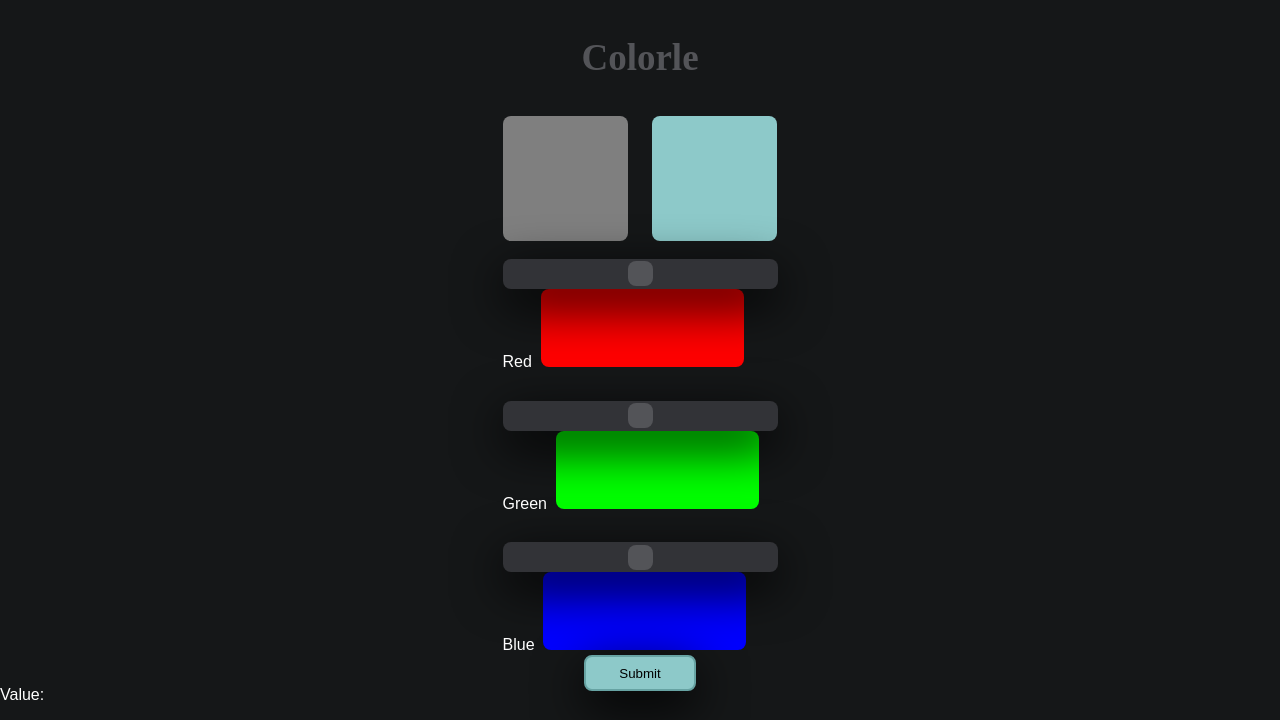
Repository: Artem-Melnik/Colorle
Page: index.html
These files come from the project's save history. The page is drawn as it stood at one moment and after the next save; the edit follows.
The browser window is 1280 px wide. The pictures show the whole page.

Above is the page before, as saved 2022-05-14 17:08:21.

### index.html
<!-- TODO: Change text/icon color -->
<!-- TODO: Represent guess correctness using Linear-style icons -->
<!-- TODO: Replace Colorle text logo with SVG/image due to font problems -->
<!-- TODO: Add textboxes where player can enter exact RGB values -->
<!DOCTYPE html>
<html>
  <head>
    <title>Parcel Sandbox</title>
    <link rel="stylesheet" href="styles.css">
    <meta charset="UTF-8" />
    <meta name="viewport" content="width=device-width" />
  </head>

  <script
    src="https://ajax.googleapis.com/ajax/libs/jquery/3.6.0/jquery.min.js"
    type="text/javascript"
  ></script>
  <script
    src="https://ajax.googleapis.com/ajax/libs/jqueryui/1.13.1/jquery-ui.min.js"
    type="text/javascript"
  ></script>
  <script src="https://unpkg.com/feather-icons"></script>
  <script>
      feather.replace();
    </script>
  <script type="module" src="index.js" type="text/javascript"></script>

  <body>
    <div id="app"></div>
    <div class="topBar">
      <p id="title">Colorle</p>
      <p>
        <button type="button" id="themeToggle">
          <i id="themeIcon" data-feather="sun"></i>
        </button>
      </p>
    </div>

    <div id="topColors">
      <div id="previewAll"></div>
      <div id="correctColor"></div>
    </div>
    <div id="redContainer">
      <input
        type="range"
        min="0"
        max="255"
        value="128"
        class="slider"
        id="sliderRed"
      />
      <p class="currentColor" id="currentRed">Red</p>
      <p class="rating" id="ratingRed"></p>
      <div id="previewRed"></div>
    </div>
    <div id="greenContainer">
      <input
        type="range"
        min="0"
        max="255"
        value="128"
        class="slider"
        id="sliderGreen"
      />
      <p class="currentColor" id="currentGreen">Green</p>
      <p class="rating" id="ratingGreen"></p>
      <div id="previewGreen"></div>
    </div>
    <div id="blueContainer">
      <input
        type="range"
        min="0"
        max="255"
        value="128"
        class="slider"
        id="sliderBlue"
      />
      <p class="currentColor" id="currentBlue">Blue</p>
      <p class="rating" id="ratingBlue"></p>
      <div id="previewBlue"></div>
    </div>
    <div class="guessText">
      <p>Value: <span id="guessColor"></span></p>
    </div>
    <div class="buttonContainer">
      <button type="button" id="submitButton">Submit</button>
    </div>
  </body>
</html>

### styles.css
body {
  font-family: sans-serif;
  margin: 0;
  background: #151718;
  color: #ffffff;
}

.lightTheme {
  background: #ffffff;
  color: #151718;
}

/* Changes the correctColor gradient to dark/black */
/* .correctColorDark {
  background-image: linear-gradient(
    to bottom,
    rgba(0, 0, 0, 0),
    rgba(0, 0, 0, 1) 100%
  ) !important;
} */

#themeToggle {
  width: 25px;
  height: 25px;
  position: absolute;
  right: 15px;
  top: 15px;
  color: grey;
  background: none;
  border: none;
}

#themeIcon {
  color: grey;
  width: 25px;
  height: 25px;
  transform: scale(1);
  transition: all 0.5s;
}

#themeIcon.animate {
  color: grey;
  transform: scale(0);
}

.transform-active {
  /* background-color: blue;
  animation-name: darkToLight;
  animation-duration: 1s; */
  color: #151718;
}

.transform {
  -webkit-transition: all 2s ease;
  -moz-transition: all 2s ease;
  -o-transition: all 2s ease;
  -ms-transition: all 2s ease;
  transition: all 2s ease;
}

/* @keyframes darkTolight {
  0% {
    color: #ffffff;
  }
  100% {
    color: #151718;
  }
} */

#title {
  justify-content: center;
  font-family: "Asap";
  font-style: normal;
  font-weight: 700;
  font-size: 37px;
  line-height: 42px;
  display: flex;
  align-items: center;
  text-align: center;
  color: #535458;
}

/* #previewId {
  width: 100px;
  height: 100px;
  background-color: var(color);
  border: solid black;
} */

/* correctColor gradient */
/* #correctColor {
  position: absolute;
  top: 0px;
  width: 100%;
  height: 25%;
  background-color: var(color);
  margin: auto;
  background-image: linear-gradient(
    to bottom,
    rgba(255, 255, 255, 0),
    rgba(255, 255, 255, 1) 100%
  );
  z-index: -1;
} */

#topColors {
  width: 275px;
  margin: auto;
}

#correctColor {
  display: inline-block;
  position: relative;
  width: 125px;
  height: 125px;
  border-radius: 8px;
  margin-left: 10px;
}

#previewAll {
  background-color: rgb(127, 127, 127);
  display: inline-block;
  position: relative;
  width: 125px;
  height: 125px;
  border-radius: 8px;
  order: 1;
  margin-right: 10px;
}

#redContainer,
#greenContainer,
#blueContainer {
  display: auto;
  justify-content: center;
  margin: auto;
  width: 275px;
}

#sliderRed,
#sliderGreen,
#sliderBlue {
  display: block;
  -webkit-appearance: none;
  -moz-appearance: none;
  appearance: none;
  background: #323337;
  width: 275px;
  height: 30px;
  top: 100px;
  border-radius: 8px;
  margin: auto;
  margin-top: 5%;
  filter: drop-shadow(0px 15px 25px #000000);
}

#sliderRed::-webkit-slider-thumb,
#sliderGreen::-webkit-slider-thumb,
#sliderBlue::-webkit-slider-thumb {
  -webkit-appearance: none;
  appearance: none;
  width: 25px;
  height: 25px;
  background: #535458;
  cursor: pointer;
  border-radius: 8px;
}

#currentRed,
#currentGreen,
#currentBlue,
#ratingRed,
#ratingGreen,
#ratingBlue {
  display: inline-block;
  position: relative;
}

#previewRed,
#previewGreen,
#previewBlue {
  display: inline-block;
  position: relative;
  width: 203px;
  height: 78px;
  /* background-color: var(color); */
  /* border: solid black; */
  border-radius: 8px;
  margin: auto;
  z-index: -1;
}

#previewRed {
  background-color: rgb(255, 0, 0);
}

#previewGreen {
  background-color: rgb(0, 255, 0);
}

#previewBlue {
  background-color: rgb(0, 0, 255);
}

.buttonContainer {
  display: flex;
  justify-content: center;
}

#submitButton {
  position: fixed;
  width: 112px;
  height: 36px;
  bottom: 4%;
  border: 2px solid;
  border-radius: 8px;
  filter: drop-shadow(0px 15px 25px #000000);
}

### index.js
// document.getElementById("sliderRange").innerHTML = `
// <div class="slidercontainer"></div>
// `;
// var root = document.querySelector(":root");
// var slider = document.getElementById("sliderRange");
// // Change "demo" to something else?
// var sliderRange = document.getElementById("demo");
// sliderRange.innerHTML = slider.value;
let correctRed = 141;
let correctGreen = 201;
let correctBlue = 201;

let red;
let green;
let blue;
// TODO: Split correctRGB into 3 seperate colors
let correctRgb =
  "rgb(" + correctRed + ", " + correctGreen + ", " + correctBlue + ")";

function changeColor() {
  red = document.getElementById("sliderRed").value;
  green = document.getElementById("sliderGreen").value;
  blue = document.getElementById("sliderBlue").value;

  document.getElementById("previewRed").style.backgroundColor =
    "rgb(" + red + ", 0, 0)";
  document.getElementById("previewGreen").style.backgroundColor =
    "rgb(0," + green + ", 0)";
  document.getElementById("previewBlue").style.backgroundColor =
    "rgb(0, 0," + blue + ")";

  document.getElementById("currentRed").textContent = red;
  document.getElementById("currentGreen").textContent = green;
  document.getElementById("currentBlue").textContent = blue;
}

// Shows guess color when submit button is clicked
// Also checks how close the guess is to the correct color
function onSubmit() {
  document.getElementById("previewAll").style.backgroundColor =
    "rgb(" + red + ", " + green + ", " + blue + ")";
  document.getElementById("guessColor").textContent =
    "rgb(" + red + ", " + green + ", " + blue + ")";

  // TODO: Optimize code for red, green, and blue checks
  // Check if red guess is correct
if (red == correctRed) {
  document.getElementById('ratingRed').innerText = "SS";
} else if ((red > correctRed - 6) && (red < correctRed + 6)) {
  document.getElementById('ratingRed').innerText = "S";
} else if ((red > correctRed - 12) && (red < correctRed + 12)) {
  document.getElementById('ratingRed').innerText = "A";
} else if ((red > correctRed - 24) && (red < correctRed + 24)) {
  document.getElementById('ratingRed').innerText = "B";
} else if ((red > correctRed - 48) && (red < correctRed + 48)) {
  document.getElementById('ratingRed').innerText = "C";
} else {
  document.getElementById('ratingRed').innerText = "D";
}

  // Does same thing as red check but for green
if (green == correctGreen) {
  document.getElementById('ratingGreen').innerText = "SS";
} else if ((green > correctGreen - 6) && (green < correctGreen + 6)) {
  document.getElementById('ratingGreen').innerText = "S";
} else if ((green > correctGreen - 12) && (green < correctGreen + 12)) {
  document.getElementById('ratingGreen').innerText = "A";
} else if ((green > correctGreen - 24) && (green < correctGreen + 24)) {
  document.getElementById('ratingGreen').innerText = "B";
} else if ((green > correctGreen - 48) && (green < correctGreen + 48)) {
  document.getElementById('ratingGreen').innerText = "C";
} else {
  document.getElementById('ratingGreen').innerText = "D";
}

  // Does same thing as red check but for blue
if (blue == correctBlue) {
  document.getElementById('ratingBlue').innerText = "SS";
} else if ((blue > correctBlue - 6) && (blue < correctBlue + 6)) {
  document.getElementById('ratingBlue').innerText = "S";
} else if ((blue > correctBlue - 12) && (blue < correctBlue + 12)) {
  document.getElementById('ratingBlue').innerText = "A";
} else if ((blue > correctBlue - 24) && (blue < correctBlue + 24)) {
  document.getElementById('ratingBlue').innerText = "B";
} else if ((blue > correctBlue - 48) && (blue < correctBlue + 48)) {
  document.getElementById('ratingBlue').innerText = "C";
} else {
  document.getElementById('ratingBlue').innerText = "D";
}

  // if ("rgb(" + red + "," + green + "," + blue + ")" === "rgb(141,201,201)") {
  //   alert("Correct!");
  // }
}

$("#themeToggle").click(function () {
  $("#themeIcon").toggleClass("animate");
});

function themeSwitch() {
  document.body.classList.toggle("lightTheme");
  document.getElementById("correctColor").classList.toggle("correctColorDark");
}

document.getElementById("correctColor").style.backgroundColor = correctRgb;
document.getElementById("submitButton").style.backgroundColor = correctRgb;
document.getElementById("submitButton").style.borderColor =
  "rgb(" +
  (correctRed - 38) +
  ", " +
  (correctGreen - 38) +
  ", " +
  (correctBlue - 38) +
  ")";

document.getElementById("sliderRed").addEventListener("input", changeColor);
document.getElementById("sliderGreen").addEventListener("input", changeColor);
document.getElementById("sliderBlue").addEventListener("input", changeColor);
document.getElementById("submitButton").addEventListener("click", onSubmit);
document.getElementById("themeToggle").addEventListener("click", themeSwitch);

// Plugs in sliderRange for green in RGB
// Outputs the value of the slider
// slider.oninput = function () {
//   sliderRange.innerHTML = this.value;
//   root.style.setProperty("--green", sliderRange);
//   alert(sliderRange);
// };

After the next save:
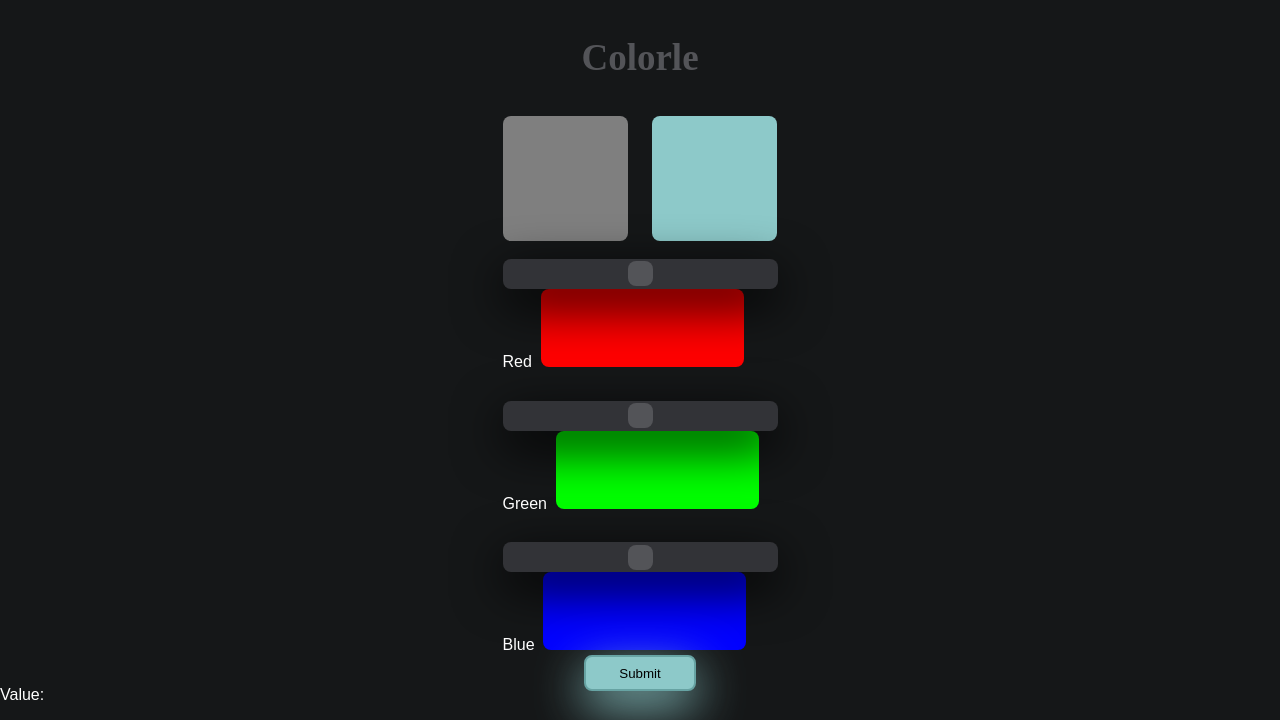
Saved 34 s later.
--- a/styles.css
+++ b/styles.css
@@ -214,5 +214,5 @@ body {
   bottom: 4%;
   border: 2px solid;
   border-radius: 8px;
-  filter: drop-shadow(0px 15px 25px #000000);
-}
+  filter: drop-shadow(0px 15px 25px #8dc9c9);
+}
